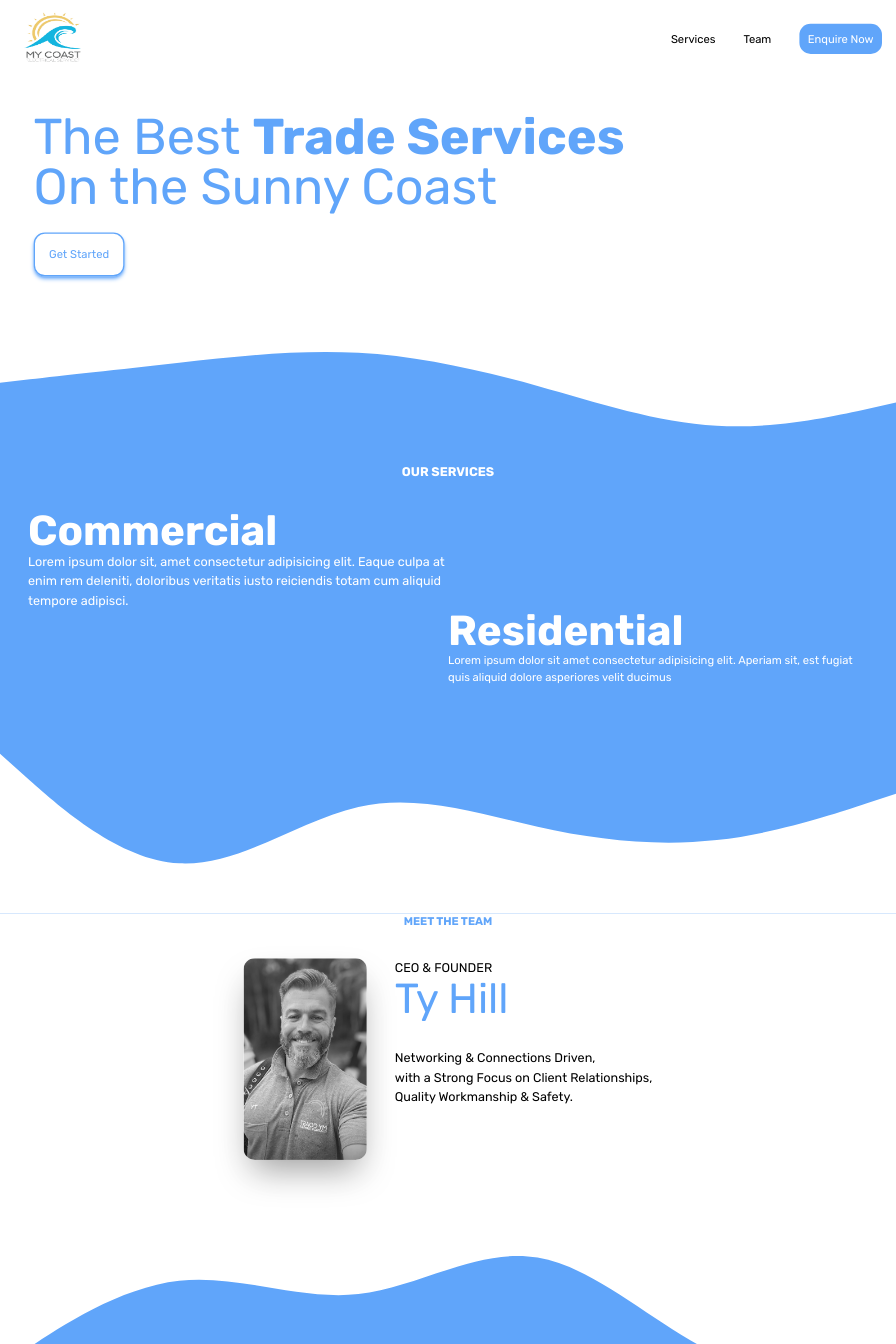
Repository: Jace-Kington/mce-website
Page: /
These files come from the project's save history. The page is drawn as it stood at one moment and after the next save; the edit follows.
The browser window is 1280 px wide. The pictures show the part of the page from y = 0 to 1920 px (the page is 2751 px tall before and 2895 px after), at 70% of full size.
The project was rebuilt for these pictures with package versions that can differ from the ones it lists, and the page was loaded fresh each time. The framework's server and built-in components were replaced by stand-ins that run in the browser. Also part of the build but not shown: next.config.js.

Above is the page before, as saved 2022-11-12 14:15:50.

### pages/index.js

import Navbar from '../components/Navbar'
import Services from '../components/Services'
import MeetUs from '../components/Meet-us'
import ContactUs from '../components/ContactUs'
import Footer from '../components/Footer'

export default function Home() {
  return (
    <div>
      <head>
        <link rel="preconnect" href="https://fonts.googleapis.com"/>
        <link rel="preconnect" href="https://fonts.gstatic.com" crossorigin/>
        <link href="https://fonts.googleapis.com/css2?family=Rubik:ital,wght@0,400;0,500;0,700;0,900;1,800;1,900&display=swap" rel="stylesheet"/>
        <meta charset="UTF-8"/>
        <meta name="viewport" content="width=device-width, initial-scale=1.0, user-scalable=0"/>
        <title>My Coat Electrical</title>
      </head>
      <Navbar/>
      <Services/>
      <MeetUs/>
      <ContactUs/>
      <Footer/>
    </div>
  )
}

### styles/globals.css
@tailwind base;
@tailwind components;
@tailwind utilities;

* {
  font-family: 'Rubik';
}

### components/Navbar.jsx
import React from 'react'
import Image from 'next/image'
import image_2 from '../assets/logo-1.png'
import HamburgerMenu from './Hamburger'
import Link from 'next/link'

const Navbar = () => {
  return (
    <div className=''>
      <div className='flex justify-between items-center md:hidden'>
      <Image alt = "" src={image_2} className='rounded-full p-2 h-28 w-28' />

        <HamburgerMenu className = ''/>
      </div>

      <div className='md:flex hidden justify-between items-center ml-5 mr-5'>
        <Image alt = "" src={image_2} className='rounded-full p-2 h-28 w-28' />
        <div className='flex gap-10 items-center'>
          <a className='hover:text-blue-400 transition ease-in' href='#services-section'>
            Services
          </a>

          <a className='hover:text-blue-400 transition ease-in ' href="#meet-us">
            Team
          </a>

          <div className=''>
            <a className='bg-blue-400 hover:bg-blue-500 transition ease-in rounded-2xl p-3' href="#contact-us">
              <span className='text-white'>Enquire Now</span>
            </a>
          </div>

        </div>
      </div>

      <div>
        <div className='text-left text-blue-400 mt-12 ml-12'>
          <div className='text-4xl sm:text-7xl'>
            The Best <strong>Trade Services</strong>
          </div>
          <div className='text-4xl sm:text-7xl'>
            On the Sunny Coast
          </div>

          <div className='outline-rounded mt-12 bg-white'>
            <a  style = {{'border-width': '2px', 'border-color': '#60a5fa'}} className='rounded-2xl hover:bg-blue-400 hover:text-white transition shadow-md shadow-blue-400 hover:shadow-lg hover:shadow-blue-400 p-5' href="#contact-us">
              Get Started
            </a>
          </div>
        </div>
        <div>

        </div>
      </div>


      <svg xmlns="http://www.w3.org/2000/svg" viewBox="0 0 1440 320"><path fill="#60a5fa" fill-opacity="1" d="M0,192L48,186.7C96,181,192,171,288,160C384,149,480,139,576,144C672,149,768,171,864,197.3C960,224,1056,256,1152,261.3C1248,267,1344,245,1392,234.7L1440,224L1440,320L1392,320C1344,320,1248,320,1152,320C1056,320,960,320,864,320C768,320,672,320,576,320C480,320,384,320,288,320C192,320,96,320,48,320L0,320Z"></path></svg>
    </div>
  )
}

export default Navbar

### components/Services.tsx
import React from 'react'

const Services = () => {
  return (
    <div id = 'services-section' className = 'bg-blue-400'>
        <div className = 'text-white text-center font-semibold text-lg uppercase underline-offset-1'>Our Services</div>
        <div className = 'grid grid-cols-2 m-10'>
            <div className = ''>
                <div className = 'text-white text-3xl sm:text-6xl font-bold'>Commercial</div>
                <div className = 'text-white text-lg'>Lorem ipsum dolor sit, amet consectetur adipisicing elit. Eaque culpa at enim rem deleniti, doloribus veritatis iusto reiciendis totam cum aliquid tempore adipisci. </div>
            </div>
            <div className = ''>

            </div>
            <div>

            </div>
            <div>
                <div className = 'text-white text-3xl sm:text-6xl font-bold'>Residential</div>
                <div className = 'text-white'>Lorem ipsum dolor sit amet consectetur adipisicing elit. Aperiam sit, est fugiat quis aliquid dolore asperiores velit ducimus </div>
            </div>
        </div>
        <svg className = 'bg-white' xmlns="http://www.w3.org/2000/svg" viewBox="0 0 1440 320">
        <path fill="#60a5fa" fill-opacity="1" d="M0,64L48,106.7C96,149,192,235,288,240C384,245,480,171,576,149.3C672,128,768,160,864,181.3C960,203,1056,213,1152,202.7C1248,192,1344,160,1392,144L1440,128L1440,0L1392,0C1344,0,1248,0,1152,0C1056,0,960,0,864,0C768,0,672,0,576,0C480,0,384,0,288,0C192,0,96,0,48,0L0,0Z"></path>
        </svg>
    </div>
  )
}

export default Services

### components/Meet-us.tsx
import React from 'react'
import Image from 'next/image'
import image_2 from '../assets/ty-photo.png'


const MeetUs = () => {
  return (
    <div id = "meet-us" className = 'max-w-[100%]'>
        <div className = 'text-blue-400 uppercase font-semibold text-center'>Meet the Team</div>

        <div className = 'justify-center flex gap-10 m-10'>
            <div>
              <Image alt = "" className = 'rounded-2xl shadow-2xl shadow-blue-400 grayscale h-72 w-44' src = {image_2}/>
            </div>
            <div>
                <div className = 'uppercase text-lg'>CEO & Founder</div>
                <div className = 'text-6xl text-blue-400 pb-10'>Ty Hill</div>
                <div className = 'text-lg'>
                  <div className = ''>Networking & Connections Driven, </div>
                  <div>with a Strong Focus on Client Relationships,</div>
                  <div>Quality Workmanship & Safety.</div>
                </div>

            </div>
        </div>

        <svg xmlns="http://www.w3.org/2000/svg" viewBox="0 0 1440 320"><path fill="#60a5fa" fill-opacity="1" d="M0,288L48,256C96,224,192,160,288,149.3C384,139,480,181,576,170.7C672,160,768,96,864,112C960,128,1056,224,1152,266.7C1248,309,1344,299,1392,293.3L1440,288L1440,320L1392,320C1344,320,1248,320,1152,320C1056,320,960,320,864,320C768,320,672,320,576,320C480,320,384,320,288,320C192,320,96,320,48,320L0,320Z"></path></svg>
    </div>
  )
}

export default MeetUs

### components/ContactUs.jsx
import React, { useRef } from 'react'
import emailjs from '@emailjs/browser'
import { ToastContainer, toast } from 'react-toastify'
import 'react-toastify/dist/ReactToastify.css'

const ContactUs = () => {
  const toast_success = () => { toast('Email Sent!'); }
  const toast_fail = () => { toast('Error'); }

  const form = useRef();

  const sendEmail = (e) => {
    e.preventDefault();

    emailjs.sendForm('service_16oy9kb', 'template_p83nfjr', form.current, '7jHtCbxop4BW2nz9r')
      .then((result) => {
          console.log(result.text);
          toast_success();
      }, (error) => {
          console.log(error.text);
          toast_fail();
      });
  };

  return (
    <div id = "contact-us" className = 'bg-blue-400'>
        <div className = 'flex'>
          <div className = 'text-white uppercase font-semibold p-20 text-8xl'>
              <div>We&apos;ll</div>
              <div>Be In</div>
              <div>Touch</div>
          </div>
          <form ref = {form} onSubmit = {sendEmail} className = 'pt-20'>
            <div className = 'flex gap-20 '>
              <div className = 'flex flex-col gap-10'>
                <div>
                  <label className = 'text-white' for="fname">First name:</label>
                  <input className = 'rounded-lg p-2 outline-1 outline-white w-full' type="text" id="fname" name="fname"/>
                </div>
                <div>
                  <label className = 'text-white' for="lname">Last name:</label>
                  <input className = 'rounded-lg p-2 outline-1 outline-white w-full' type="text" id="lname" name="lname"/>
                </div>
              </div>
              <div>
              <div className = 'flex flex-col gap-10'>
                <div>
                  <label className = 'text-white' for="phonenumber">Phone Number:</label>
                  <input className = 'rounded-lg p-2 outline-1 outline-white w-full' type="text" id="phonenumber" name="phonenumber"/>
                </div>
                <div>
                  <label className = 'text-white' for="email">Email:</label>
                  <input className = 'rounded-lg p-2 outline-1 outline-white w-full' type="text" id="email" name="email"/>
                </div>
              </div>
              </div>
            </div>

            <div>
              <button style = {{'border-width': '3px', 'border-color': 'white'}} className = 'text-center w-full p-3 rounded-2xl font-semibold hover:text-blue-400 text-white transition ease-in bg-blue-400 hover:bg-white mt-14'>Send</button>
              <ToastContainer
  position="top-right"
  autoClose={5000}
  hideProgressBar={true}
  newestOnTop={false}
  closeOnClick
  rtl={false}
  pauseOnFocusLoss
  draggable
  pauseOnHover
  toastStyle = {{'background-color': 'rgb(34 197 94)', 'color': 'white', 'border-radius': '1rem', 'padding': '15px'}}
  />
            </div>
          </form>
        </div>
      </div>
  )
}

export default ContactUs

### components/Footer.tsx
import React from 'react'
import image_2 from '../assets/logo-1.png'
import Image from 'next/image'

const Footer = () => {
  return (
    <div className = 'border-t-2 border-gray pb-4 bg-blue-400'>
        <div className = 'flex justify-between text-white p-20'>
            <div className = ''>
                <div className = 'flex items-center gap-5'>
                <Image alt = "" src= {image_2} className = 'items-start rounded-full p-2 h-28 w-28'/>

                <div className = 'flex gap-10 text-white'>
                    <svg fill="#fff" xmlns="http://www.w3.org/2000/svg"  viewBox="0 0 16 16" width="32px" height="32px"><path d="M 15 3.296875 C 14.476563 3.523438 13.949219 3.691406 13.367188 3.746094 C 13.949219 3.410156 14.417969 2.84375 14.648438 2.226563 C 14.066406 2.5625 13.484375 2.789063 12.84375 2.902344 C 12.257813 2.339844 11.5 2 10.683594 2 C 9.109375 2 7.824219 3.242188 7.824219 4.765625 C 7.824219 4.988281 7.824219 5.214844 7.882813 5.386719 C 4.875 5.386719 2.8125 3.691406 1.414063 2 C 1.121094 2.394531 1.003906 2.902344 1.003906 3.410156 C 1.003906 4.367188 1.53125 5.214844 2.289063 5.722656 C 1.820313 5.667969 1.355469 5.554688 1.003906 5.386719 C 1.003906 5.386719 1.003906 5.386719 1.003906 5.441406 C 1.003906 6.796875 1.996094 7.921875 3.28125 8.148438 C 3.046875 8.203125 2.8125 8.261719 2.519531 8.261719 C 2.347656 8.261719 2.171875 8.261719 1.996094 8.207031 C 2.347656 9.335938 3.976563 10.632813 5.257813 10.632813 C 4.265625 11.363281 3.34375 12 1.5 12 C 1.265625 12 1.453125 12 1 12 C 2.28125 12.789063 3.800781 13 5.375 13 C 10.683594 13 13.542969 8.769531 13.542969 5.101563 C 13.542969 4.988281 13.542969 4.878906 13.542969 4.765625 C 14.125 4.367188 14.59375 3.863281 15 3.296875"/></svg>
                    <svg fill="#fff" xmlns="http://www.w3.org/2000/svg"  viewBox="0 0 16 16" width="32px" height="32px"><path d="M 4.773438 1 C 2.695313 1 1 2.695313 1 4.773438 L 1 10.230469 C 1 12.304688 2.695313 14 4.773438 14 L 10.230469 14 C 12.304688 14 14 12.304688 14 10.226563 L 14 4.773438 C 14 2.695313 12.304688 1 10.226563 1 Z M 4.773438 2 L 10.226563 2 C 11.765625 2 13 3.234375 13 4.773438 L 13 10.226563 C 13 11.765625 11.765625 13 10.230469 13 L 4.773438 13 C 3.234375 13 2 11.765625 2 10.230469 L 2 4.773438 C 2 3.234375 3.234375 2 4.773438 2 Z M 11.5 3 C 11.222656 3 11 3.222656 11 3.5 C 11 3.777344 11.222656 4 11.5 4 C 11.777344 4 12 3.777344 12 3.5 C 12 3.222656 11.777344 3 11.5 3 Z M 7.5 4 C 5.574219 4 4 5.574219 4 7.5 C 4 9.425781 5.574219 11 7.5 11 C 9.425781 11 11 9.425781 11 7.5 C 11 5.574219 9.425781 4 7.5 4 Z M 7.5 5 C 8.886719 5 10 6.113281 10 7.5 C 10 8.886719 8.886719 10 7.5 10 C 6.113281 10 5 8.886719 5 7.5 C 5 6.113281 6.113281 5 7.5 5 Z"/></svg>
                    <svg fill="#fff" xmlns="http://www.w3.org/2000/svg"  viewBox="0 0 16 16" width="32px" height="32px"><path d="M 3.5 1 C 2.1250151 1 1 2.1250151 1 3.5 L 1 11.5 C 1 12.874985 2.1250151 14 3.5 14 L 11.5 14 C 12.874985 14 14 12.874985 14 11.5 L 14 3.5 C 14 2.1250151 12.874985 1 11.5 1 L 3.5 1 z M 3.5 2 L 11.5 2 C 12.335015 2 13 2.6649849 13 3.5 L 13 11.5 C 13 12.335015 12.335015 13 11.5 13 L 9.9042969 13 L 9.9042969 8.9667969 L 11.300781 8.9667969 L 11.509766 7.3574219 L 9.9042969 7.3574219 L 9.9042969 6.3320312 C 9.9042969 5.8660312 10.034031 5.5488281 10.707031 5.5488281 L 11.566406 5.5488281 L 11.566406 4.109375 C 11.417406 4.089375 10.907453 4.046875 10.314453 4.046875 C 9.0764531 4.046875 8.2304688 4.795875 8.2304688 6.171875 L 8.2304688 7.3574219 L 7 7.3535156 L 7 8.9628906 L 8.2304688 8.9667969 L 8.2304688 13 L 3.5 13 C 2.6649849 13 2 12.335015 2 11.5 L 2 3.5 C 2 2.6649849 2.6649849 2 3.5 2 z"/></svg>
                </div>
                </div>


                <div className = ''>
                    <div>fjf</div>
                </div>
            </div>

            <div className='flex gap-20'>
                <div className = ''>
                    <div className = 'text-lg font-bold pb-5'>
                        Contact Us
                    </div>
                    <div>
                        Address
                    </div>
                    <div>
                        Phone number
                    </div>
                    <div>
                        Email
                    </div>
                </div>

                <div>
                    <div className = 'text-lg font-bold pb-5'>
                        Pages
                    </div>

                    <div>
                        Home
                    </div>
                    <div>
                        Services
                    </div>
                    <div>
                        Team
                    </div>
                    <div>
                        Contact Us
                    </div>
                </div>
            </div>
        </div>
    </div>
  )
}

export default Footer

### components/Hamburger.jsx
import Link from 'next/link'
import { slide as Menu } from 'react-burger-menu'

const HamburgerMenu = () => (<div className='relative p-2'>
    <Menu customBurgerIcon={<HamburgerIcon />} width={'auto'} className='left-0 top-12' >
        <Links />
    </Menu>
</div>)

const HamburgerIcon = () => (<div className='p-1/2'><svg className="w-8 h-8 text-gray-500" fill="none" strokeLinecap="round" strokeLinejoin="round" strokeWidth="2" viewBox="0 0 24 24" stroke="currentColor"><path d="M4 6h16M4 12h16M4 18h16"></path></svg></div>)

export const Links = () => (<>
    <Link href="/">Home</Link>
    <Link href="/about">About</Link>
</>)

export default HamburgerMenu

Loaded but not shown: pages/_app.js (common file); tailwind.config.js (common file)

After the next save:
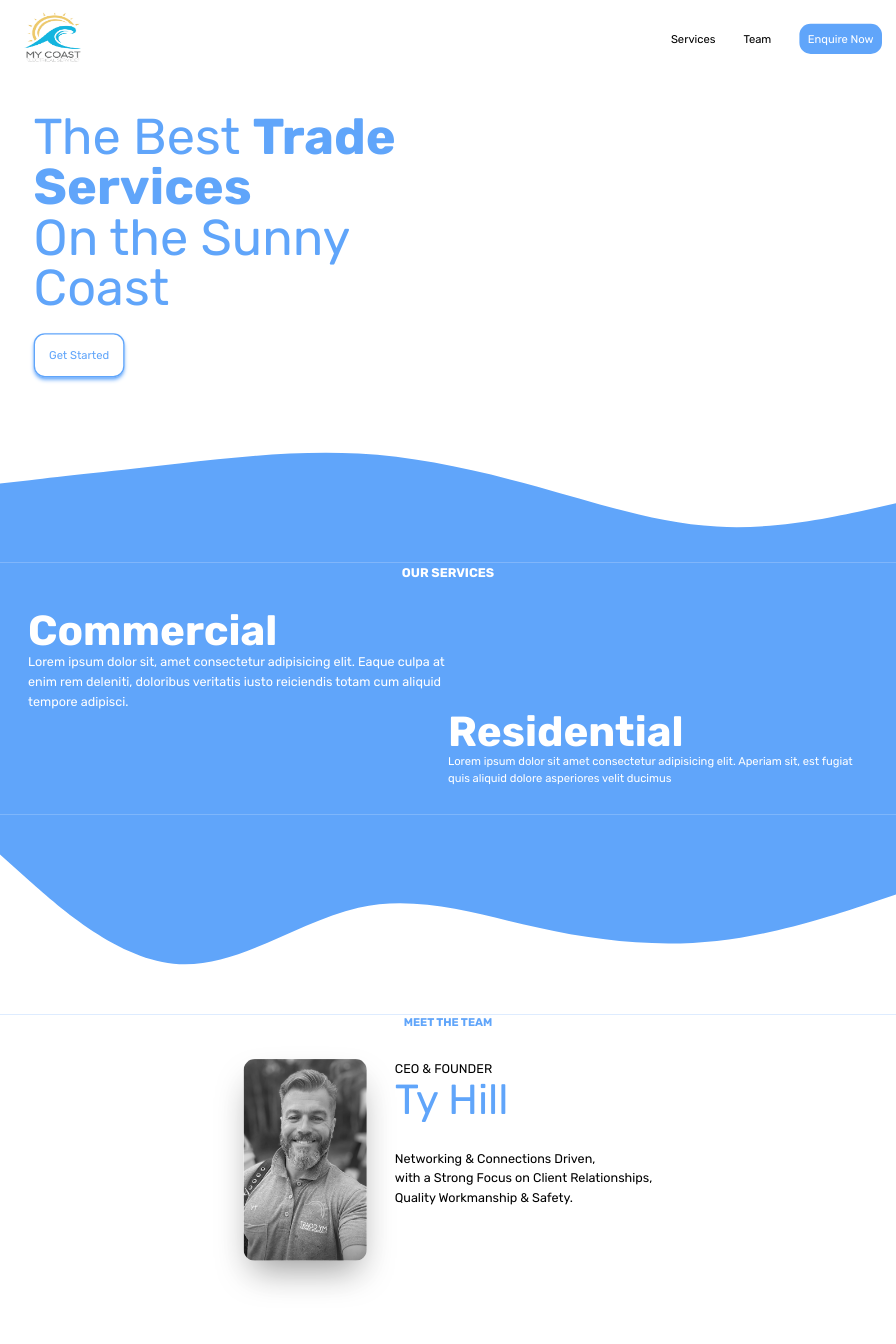
Saved 15 s later.
--- a/components/Navbar.jsx
+++ b/components/Navbar.jsx
@@ -33,7 +33,7 @@ const Navbar = () => {
         </div>
       </div>
 
-      <div>
+      <div className='grid grid-cols-2'>
         <div className='text-left text-blue-400 mt-12 ml-12'>
           <div className='text-4xl sm:text-7xl'>
             The Best <strong>Trade Services</strong>
